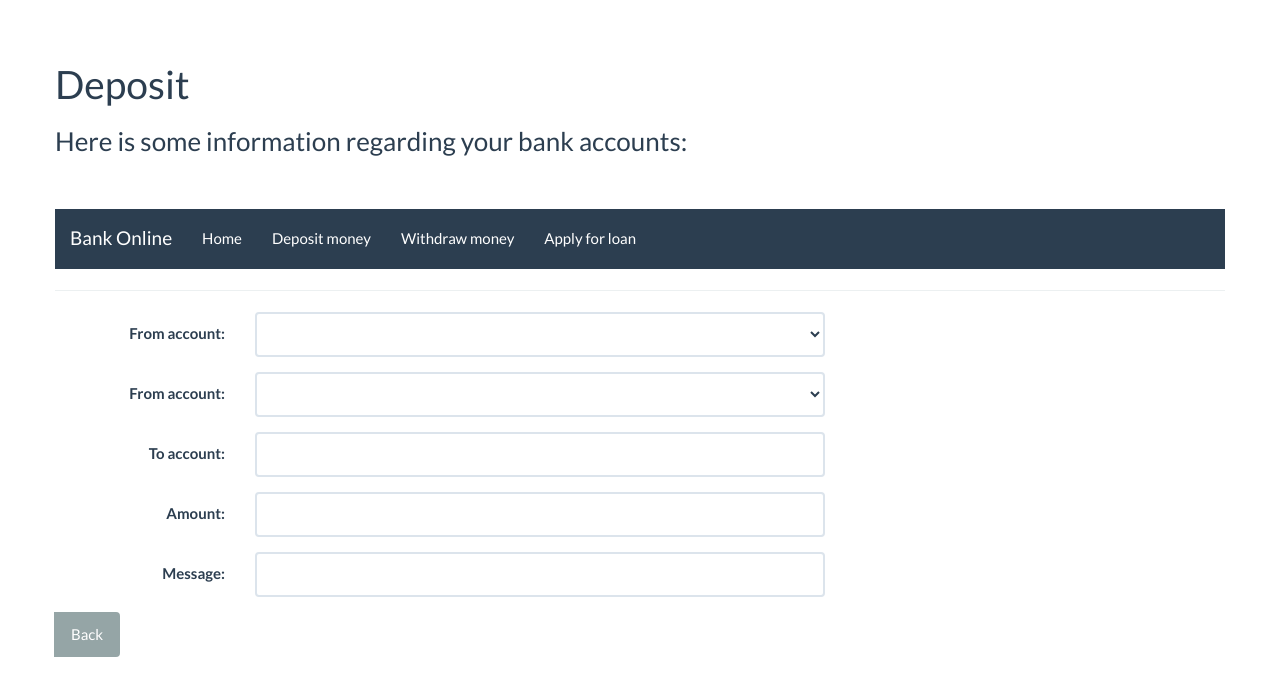
Repository: klitusas/SpringMVCBanking
Page: http://localhost/loans
These files come from the project's save history. The page is drawn as it stood at one moment and after the next save; the edit follows.
The browser window is 1280 px wide. The pictures show the whole page.
The page is this project's Thymeleaf template; nobody is signed in. The template is opened directly, without the code that normally fills it, so the values that code supplies are empty.

Above is the page before, as saved 2017-03-01 14:07:29.

After the next save:
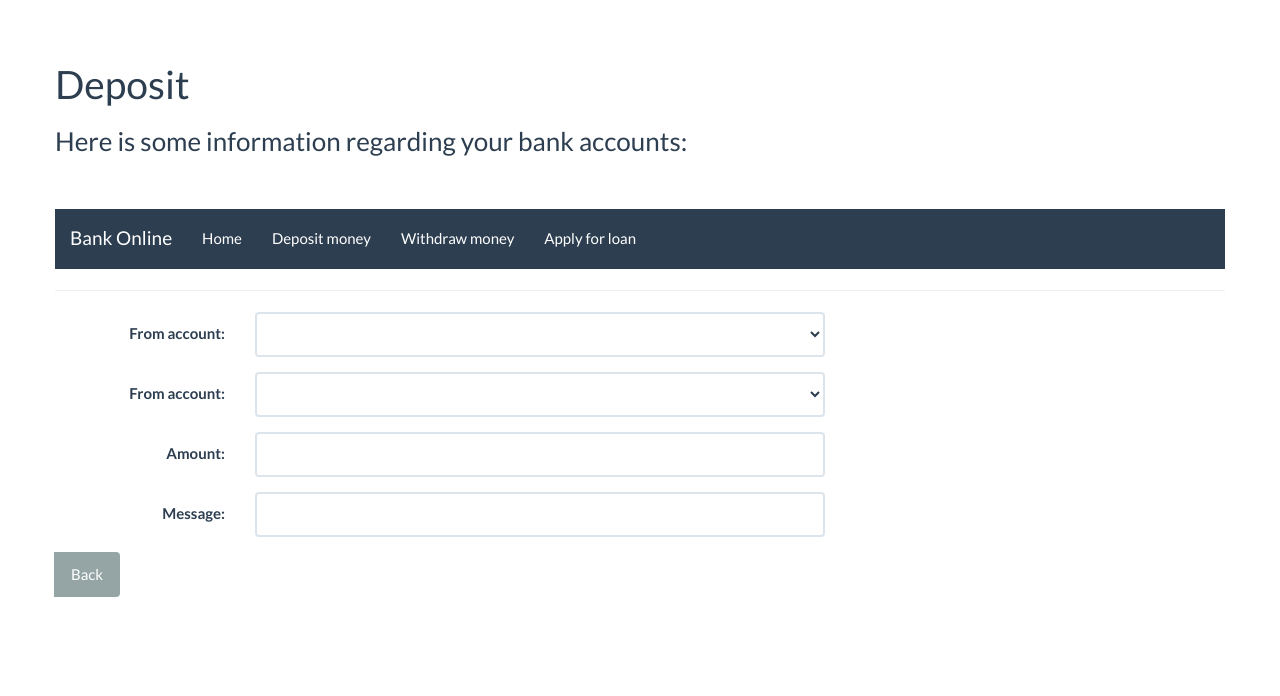
Saved 39 s later.
--- a/banking/src/main/resources/templates/loans.html
+++ b/banking/src/main/resources/templates/loans.html
@@ -51,12 +51,6 @@
 							</select>
 	                    </div>
                 	</div>
-            		<div class="form-group">
-	                    <label class="col-lg-2 control-label" >To account:</label>
-	                    <div class="col-lg-6">
-	                    	<input type="text" class="form-control" name="toAccount"/>
-	                    </div>
-                	</div>
                 	<div class="form-group">
 	                    <label class="col-lg-2 control-label">Amount:</label>
 	                    <div class="col-lg-6">
